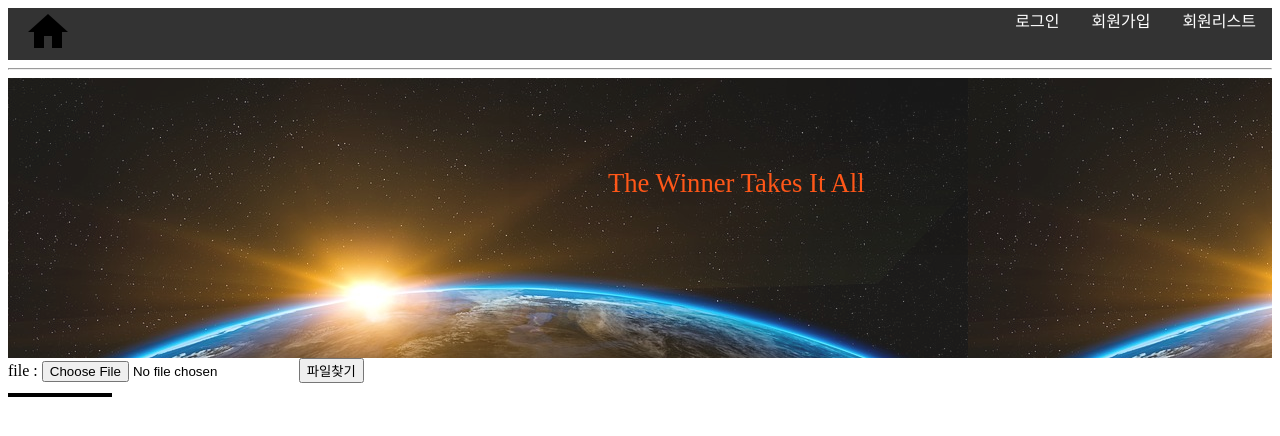
Repository: LeeHyukJe/jsp-bit
Page: http://localhost/jsp3/addrbook/index.jsp
These files come from the project's save history. The page is drawn as it stood at one moment and after the next save; the edit follows.
The browser window is 1280 px wide. The pictures show the whole page.
The page is served by Tomcat 9. Queries for data that is not in the repository find no rows.

Above is the page before, as saved 2017-09-19 05:06:17.

After the next save:
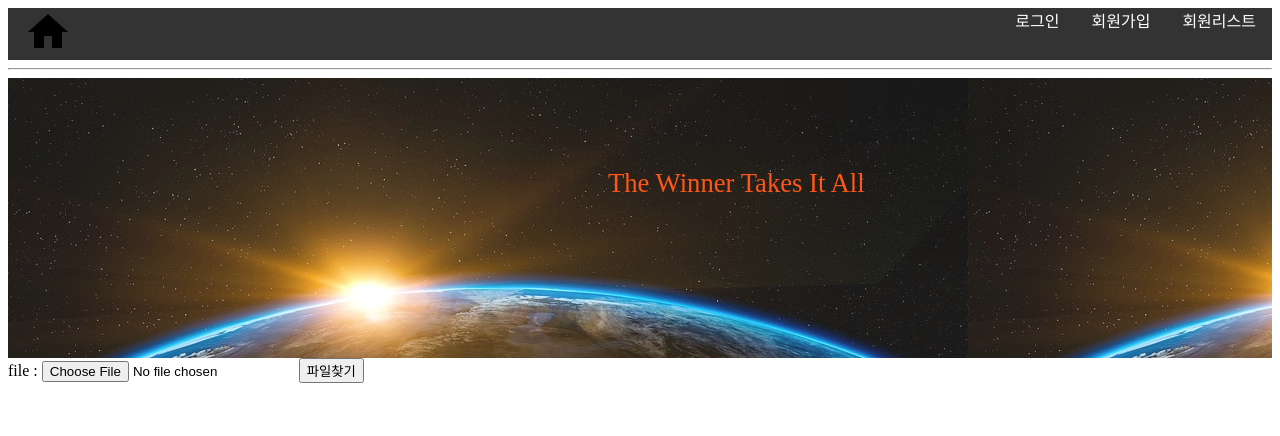
Saved 83 s later.
--- a/jsp3/WebContent/addrbook/Hompage.css
+++ b/jsp3/WebContent/addrbook/Hompage.css
@@ -69,5 +69,6 @@
 	postion:absolute;
 	width:100px;
 	height:auto;
+	float:left
 	border:2px solid black;
 }

After the save that followed:
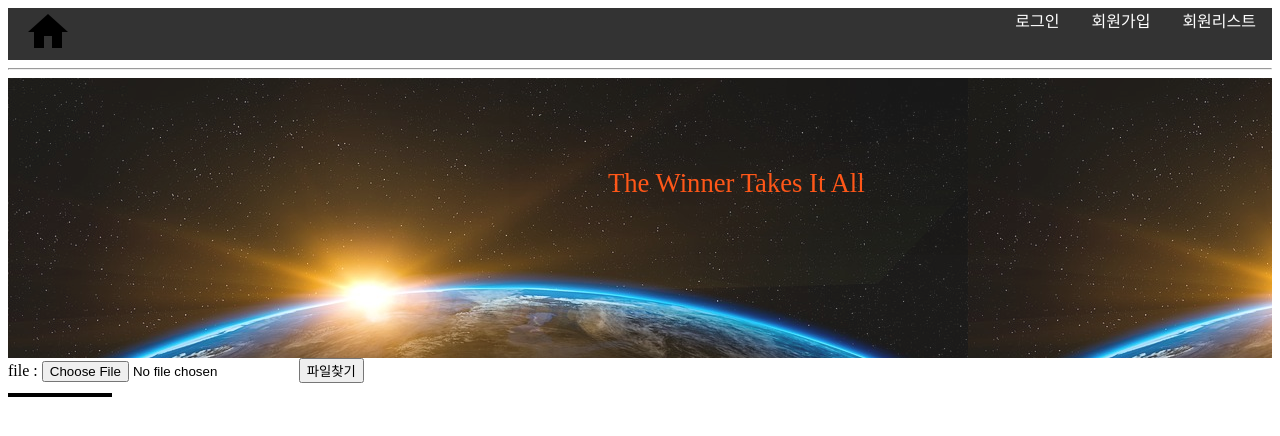
Saved 5 s later.
--- a/jsp3/WebContent/addrbook/Hompage.css
+++ b/jsp3/WebContent/addrbook/Hompage.css
@@ -69,6 +69,6 @@
 	postion:absolute;
 	width:100px;
 	height:auto;
-	float:left
+	float:left;
 	border:2px solid black;
 }
